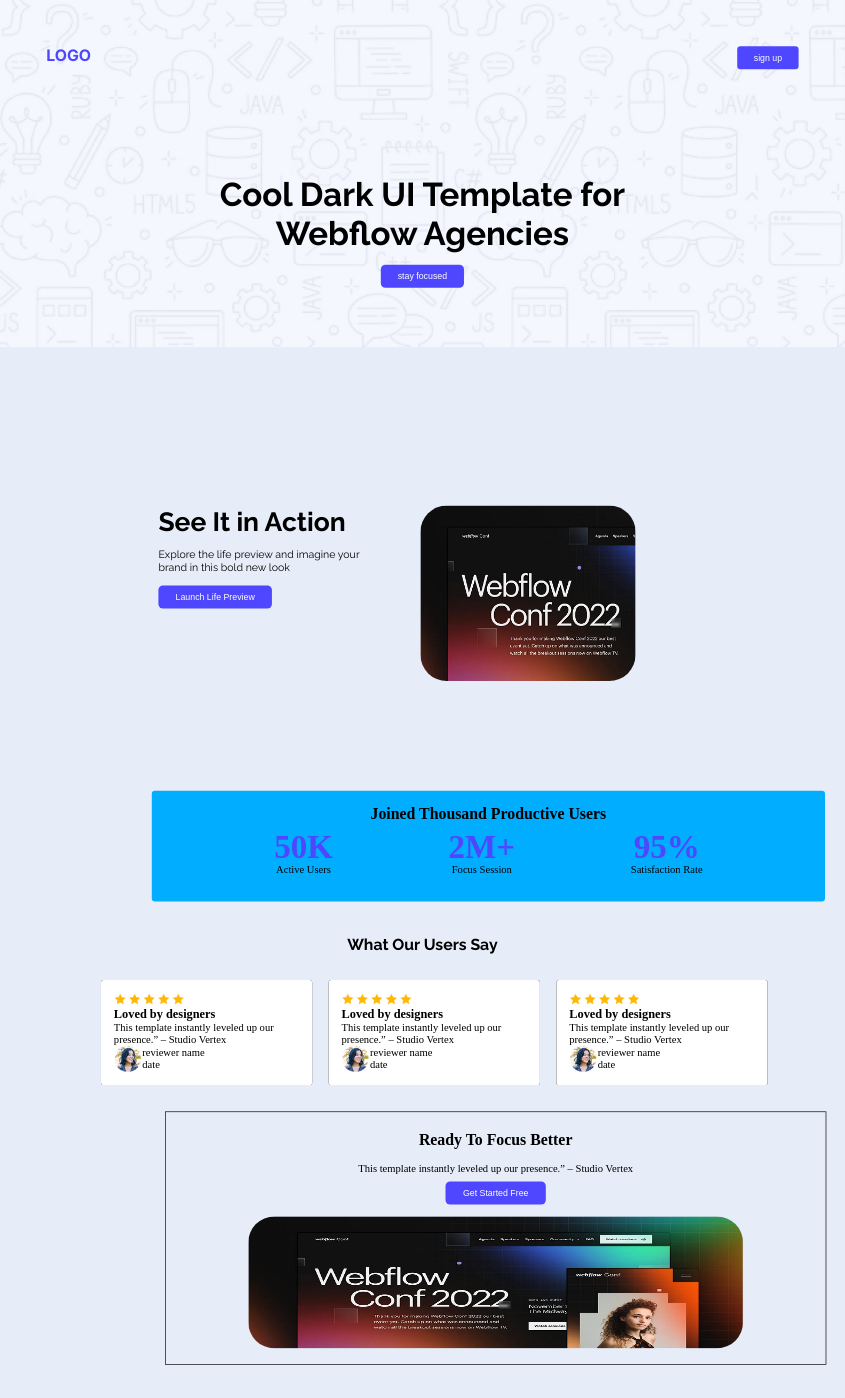
Repository: dollyrakhe22/landing-launchpad
Page: index.html
These files come from the project's save history. The page is drawn as it stood at one moment and after the next save; the edit follows.
The browser window is 1280 px wide. The pictures show the whole page, at 66% of full size.

Above is the page before, as saved 2025-07-11 09:38:25.

After the next save:
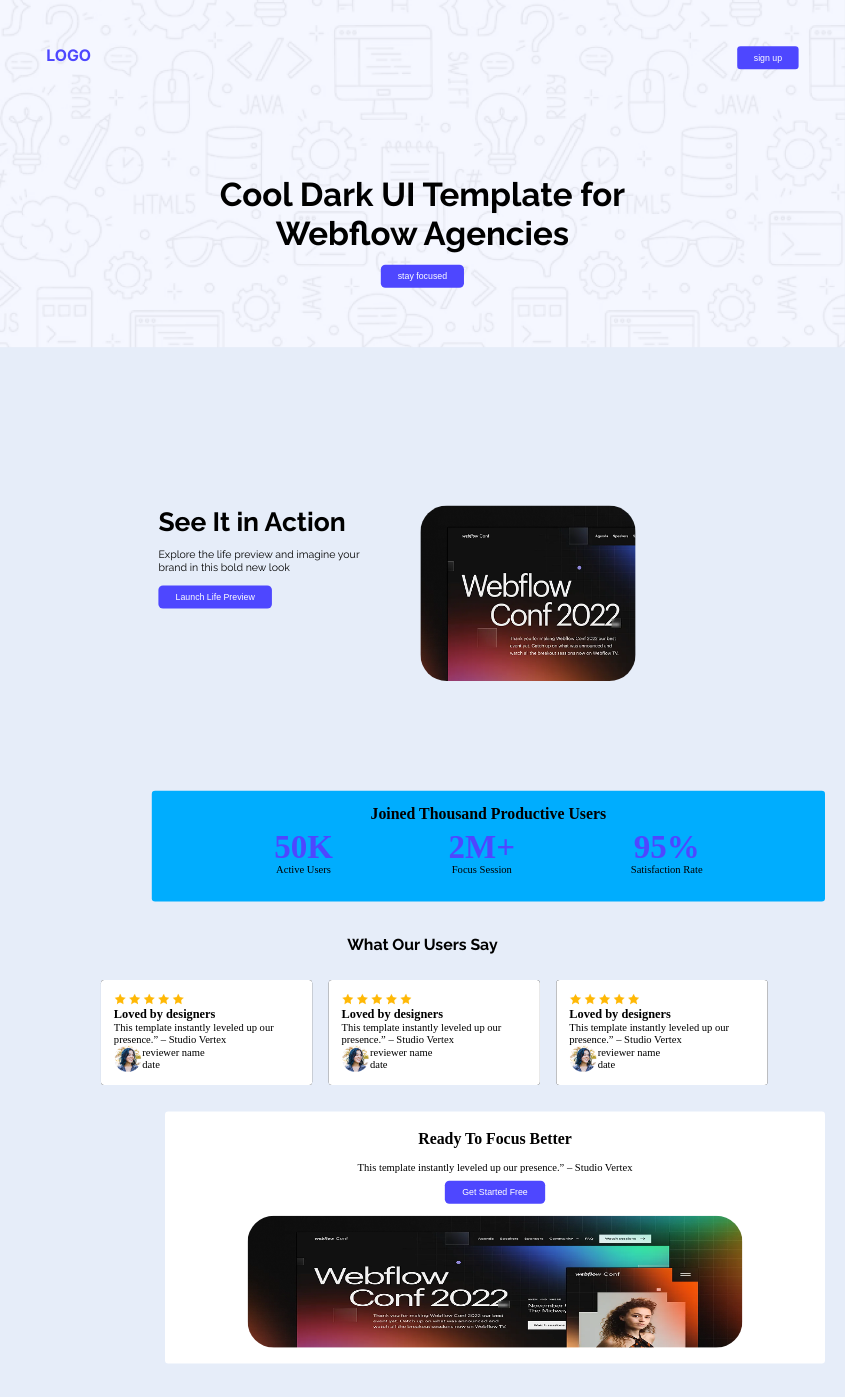
Saved 73 s later.
--- a/style.css
+++ b/style.css
@@ -121,7 +121,7 @@ nav button{
     padding: 20px;
     margin-right: 5px;
     background-color:#ffff;
-    border-radius: 4px;
+    border-radius: 5px;
     box-shadow: 0px 0px 1px 0px;
 
    }
@@ -150,10 +150,12 @@ nav button{
 .focus-container{
     text-align: center;
     margin-bottom: 50px;
-    border: 1px solid black;
+    border: none;
     margin-left: 250px;
     padding: 20px 10px 20px 10px;
     width: 980px;
+    background-color:#ffff ;
+    border-radius: 5px;
 
 
 
